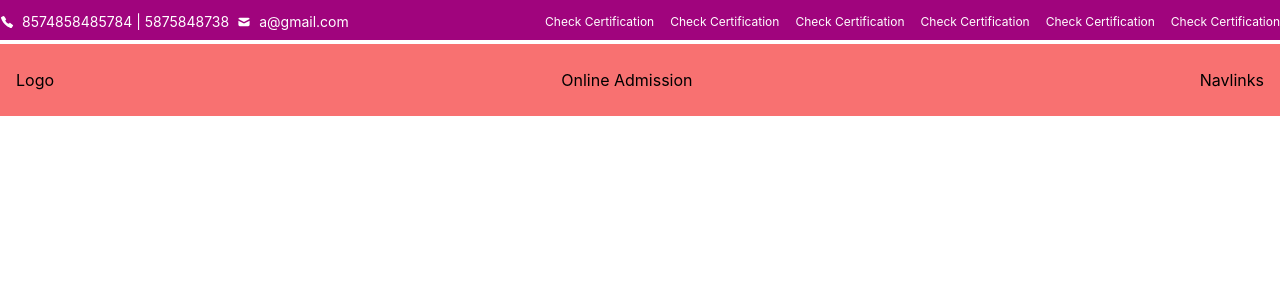
Repository: Sushant203/react-training-
Page: /
These files come from the project's save history. The page is drawn as it stood at one moment and after the next save; the edit follows.
The browser window is 1280 px wide. The pictures show the whole page.
The project was rebuilt for these pictures with package versions that can differ from the ones it lists, and the page was loaded fresh each time. Also part of the build but not shown: src/App.css, src/components/LowerNav.jsx, src/components/UpperNav.jsx.

Above is the page before, as saved 2022-12-19 09:40:45.

### src/App.js

import './App.css';
import LowerNav from './components/LowerNav';
import UpperNav from './components/UpperNav';
import Layout from './Hoc/Layout/Layout'

function App() {
  return (
    <div>
     <Layout />
    </div>
  );
}

export default App;

### src/Hoc/Layout/Layout.jsx
import React from "react";
import Toolbar from "../../components/Naviagtion/Toolbar/index";

function Layout() {
  return (
    <div>
      {/* toolbar */}
      <Toolbar />
    </div>
  );
}

export default Layout;

### src/components/Naviagtion/Toolbar/index.jsx
import React from "react";
import Header from "./header";
import Secondary from "./Secondary";

function Index() {
  return (
    <div className="h-10 bg-mainColor w-screen">
      <Header />
      <Secondary />
    </div>
  );
}

export default Index;

### src/components/Naviagtion/Toolbar/header.jsx
import React from "react";
import { IoCallSharp } from "react-icons/io5";
import { HiMail } from "react-icons/hi";
function Header() {
  const NavLinks = [
    { title: "check certificate" },
    { title: "check certificate" },
    { title: "check certificate" },
    { title: "check certificate" },
    { title: "check certificate" },
    { title: "check certificate" },
  ];
  return (
    <div className="py-3  w-full flex items-center justify-between text-sm">
      {/* number and email */}
      <div className="flex gap-2  text-white">
        <div className="flex gap-2  items-center">
          <IoCallSharp />
          8574858485784 | 5875848738
        </div>
        <div className=" flex gap-2 items-center">
          <HiMail />
          a@gmail.com
        </div>
      </div>
      {/* navigation links */}
      <div className="text-white flex gap-4 text-xs ">
        {NavLinks.map((val, i) => {
          return (
            <div key={i} className="capitalize ">
              check certification
            </div>
          );
        })}
      </div>
    </div>
  );
}

export default Header;

### src/components/Naviagtion/Toolbar/Secondary.jsx
import React from "react";

function Secondary() {
  return (
    <div className="flex justify-between px-4 w-full py-6 bg-red-400">
      <div>Logo</div>
      <div>Online Admission</div>
      <div>Navlinks</div>
    </div>
  );
}

export default Secondary;

### tailwind.config.js
/** @type {import('tailwindcss').Config} */
module.exports = {
  content: [
    "./src/**/*.{js,jsx,ts,tsx}",
  ],
  theme: {
    extend: {
      colors:{
        mainColor:'#A0047D'
      }
    },
  },
  plugins: [],
}

Loaded but not shown: public/index.html (common file); src/index.js (common file); src/index.css (common file); src/reportWebVitals.js (common file)

After the next save:
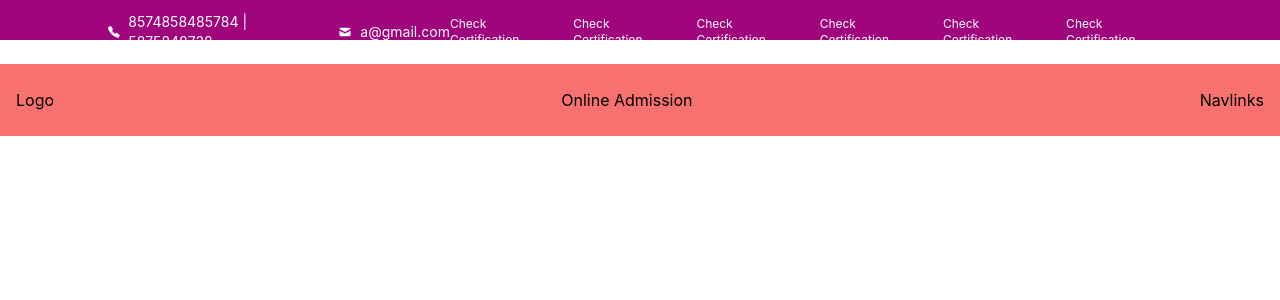
Saved 13 s later.
--- a/src/components/Naviagtion/Toolbar/header.jsx
+++ b/src/components/Naviagtion/Toolbar/header.jsx
@@ -11,7 +11,7 @@ function Header() {
     { title: "check certificate" },
   ];
   return (
-    <div className="py-3  w-full flex items-center justify-between text-sm">
+    <div className="py-3  w-10/12 mx-auto flex items-center justify-between text-sm">
       {/* number and email */}
       <div className="flex gap-2  text-white">
         <div className="flex gap-2  items-center">
